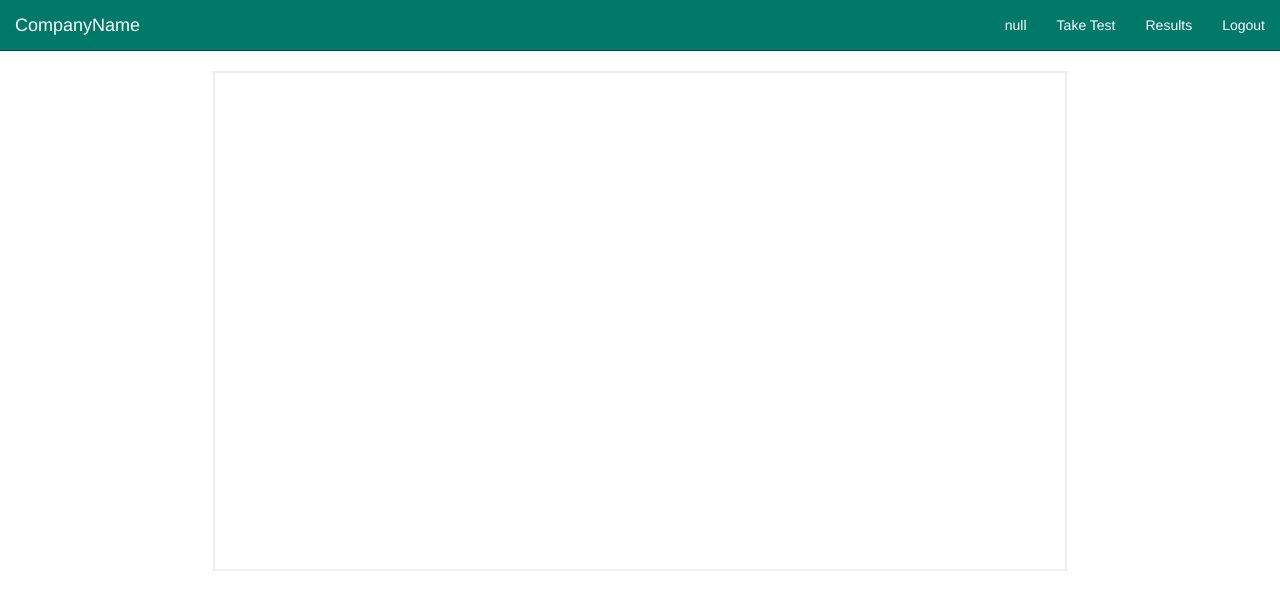
Repository: jayakumar721/projects
Page: http://localhost/TestEngine/dashboard.jsp
The author's editor kept a copy of each file at every save. The page is drawn from the files as they stood at one save, then again after the next save.
The browser window is 1280 px wide. The pictures show the whole page.
Some web libraries are served in a nearby version. The page is served by Tomcat 9.

Above is the page before, as saved 2017-11-28 03:59:13.

After the next save:
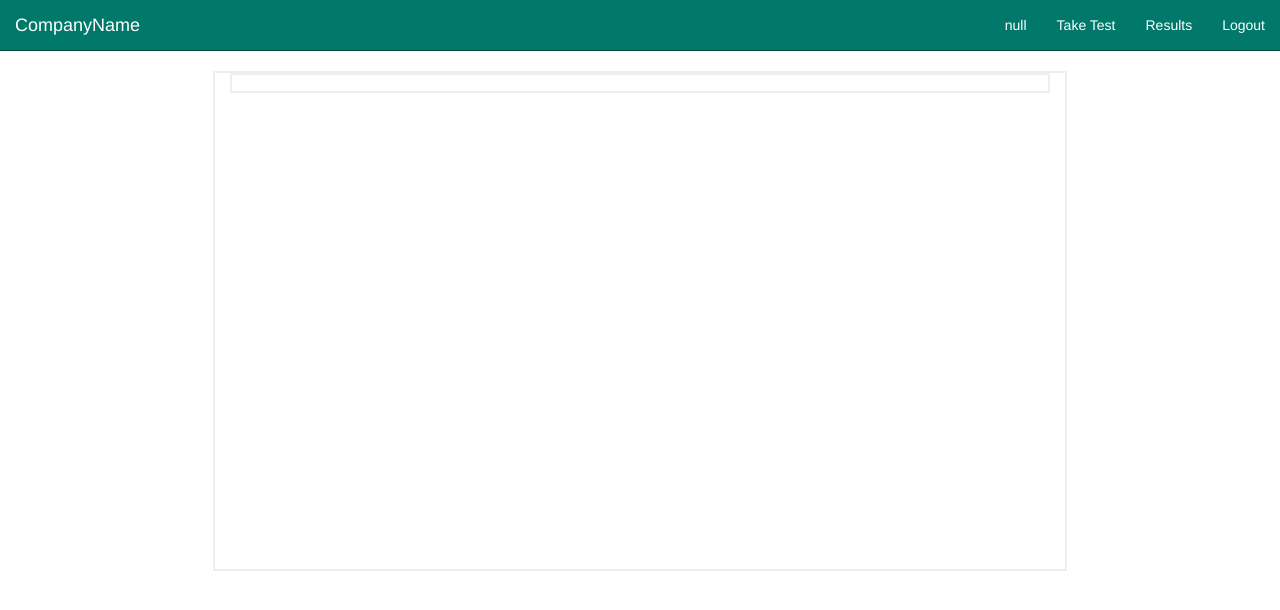
Saved 25 s later.
--- a/TestEngine/WebContent/dashboard.jsp
+++ b/TestEngine/WebContent/dashboard.jsp
@@ -74,7 +74,7 @@
 	</div>
 	<div class="col-sm-2"></div>
 	<div class="right col-sm-8">
-		<div style="width:100%;height:20px;"></div>
+		<div class="right" style="width:100%;height:20px;"></div>
 
 
 	</div>

After the save that followed:
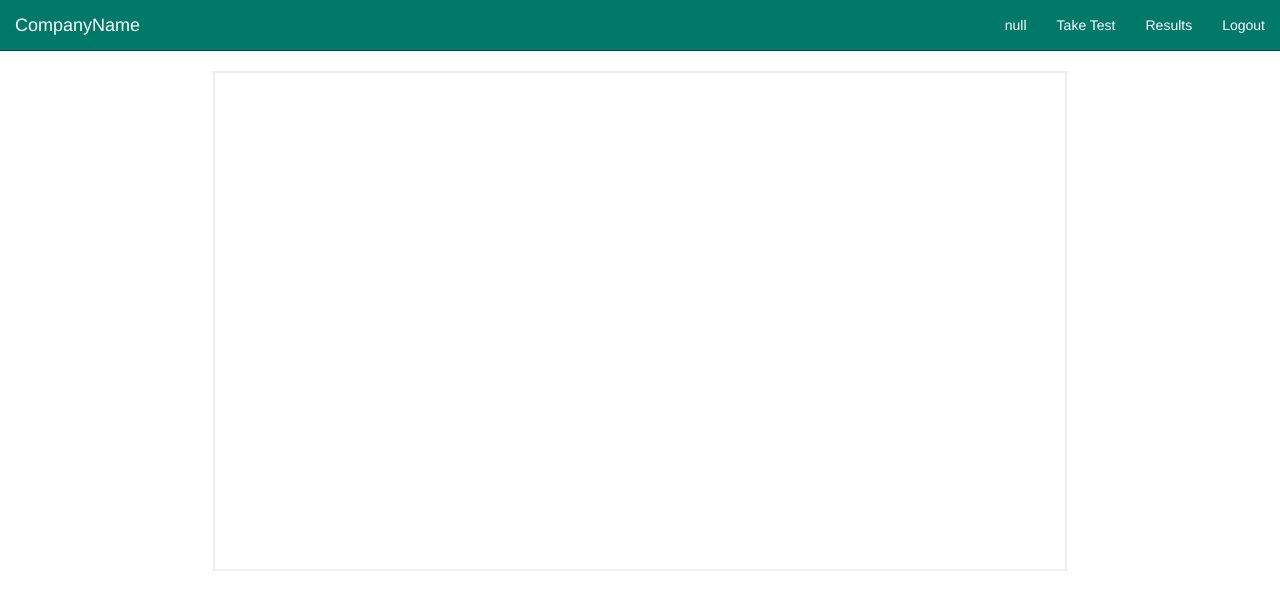
Saved 26 s later.
--- a/TestEngine/WebContent/dashboard.jsp
+++ b/TestEngine/WebContent/dashboard.jsp
@@ -74,7 +74,7 @@
 	</div>
 	<div class="col-sm-2"></div>
 	<div class="right col-sm-8">
-		<div class="right" style="width:100%;height:20px;"></div>
+		<div style="width:100%;height:20px;"></div>
 
 
 	</div>
